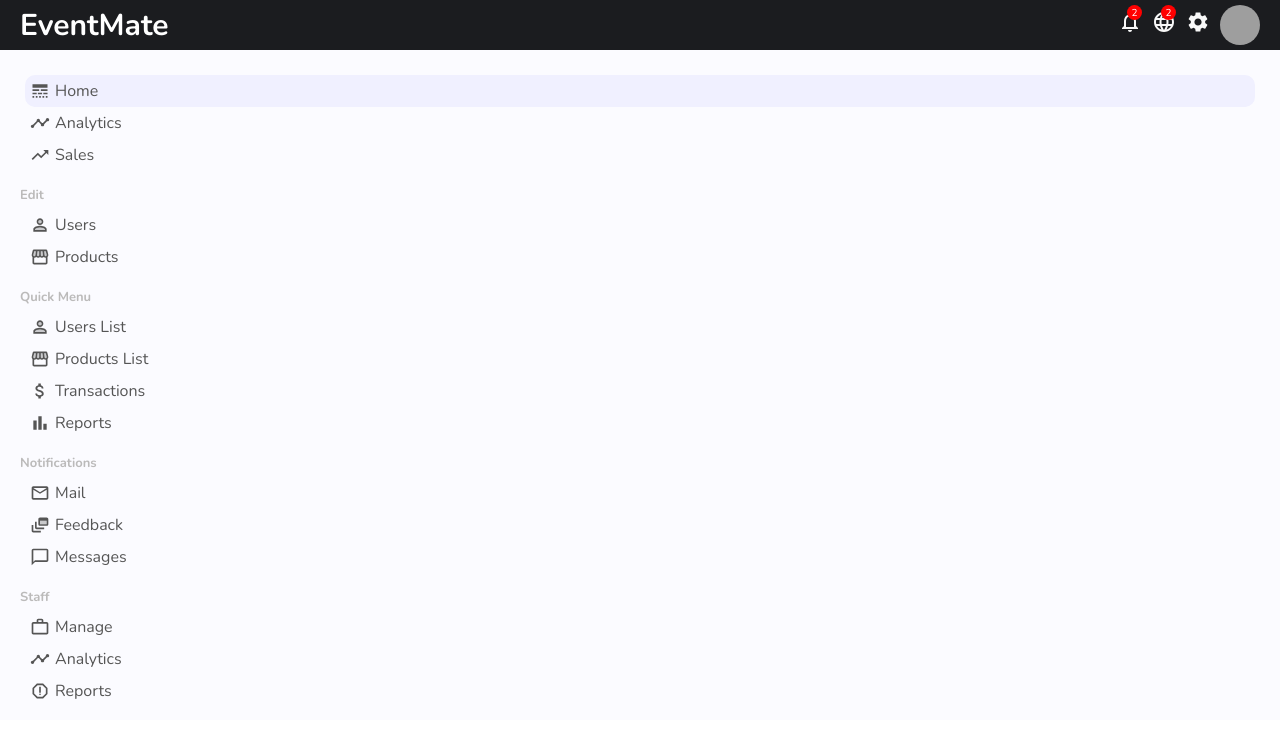
Repository: Farida-Yeasmin-Mim/EventMate_Frontend
Page: /sidebar
These files come from the project's save history. The page is drawn as it stood at one moment and after the next save; the edit follows.
The browser window is 1280 px wide. The pictures show the whole page.
Pictures or frames that could not be fetched are drawn as grey boxes. The page's requests for data from a server got no answer. The project was rebuilt for these pictures with package versions that can differ from the ones it lists, and the page was loaded fresh each time. No one was signed in, and anything a server would have sent is missing. Also part of the build but not shown: src/components/PostRequest.js, src/pages/auth/Login.js, src/components/seletionTextField/selectGender.js, src/pages/auth/Signup.js, src/components/vendor/RegVendor.js, src/components/offer.js, src/components/productcategories.js, src/components/icontabs.js and 88 more.

Above is the page before, as saved 2022-09-06 13:50:18.

After the next save:
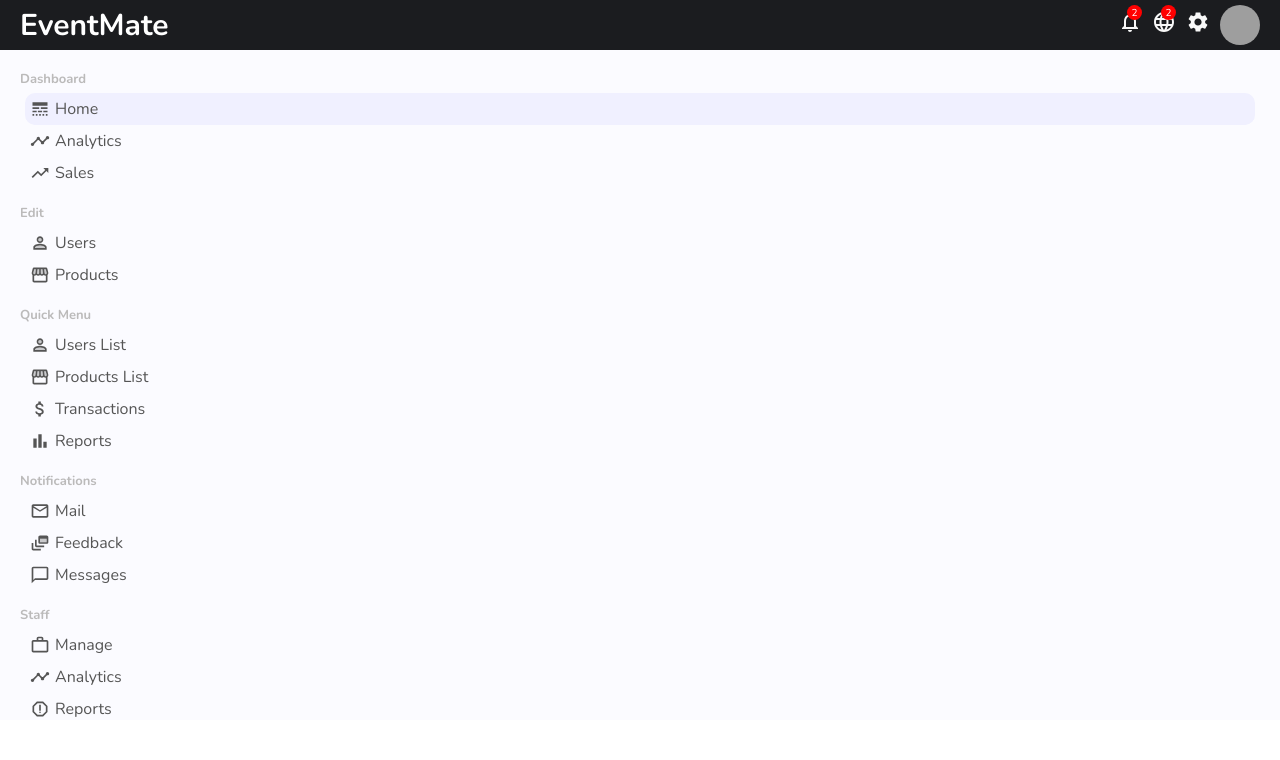
Saved 2 min 24 s later.
--- a/src/components/Dashboard/Sidebar.jsx
+++ b/src/components/Dashboard/Sidebar.jsx
@@ -40,7 +40,8 @@ function Sidebar(param) {
 
                 {/* Dashboard */}
                 <div className="sidebarMenu">
-                    <h3 className="sidebarTitle">{param.vendorId}</h3>
+                    <h2 className="sidebarTitle">{vendor.name}</h2>
+                    <h3 className="sidebarTitle">Dashboard</h3>
                     <ul className="sidebarList">
                         <Link to="/dashboard" className="link">
                             <li className="sidebarListItem active">
